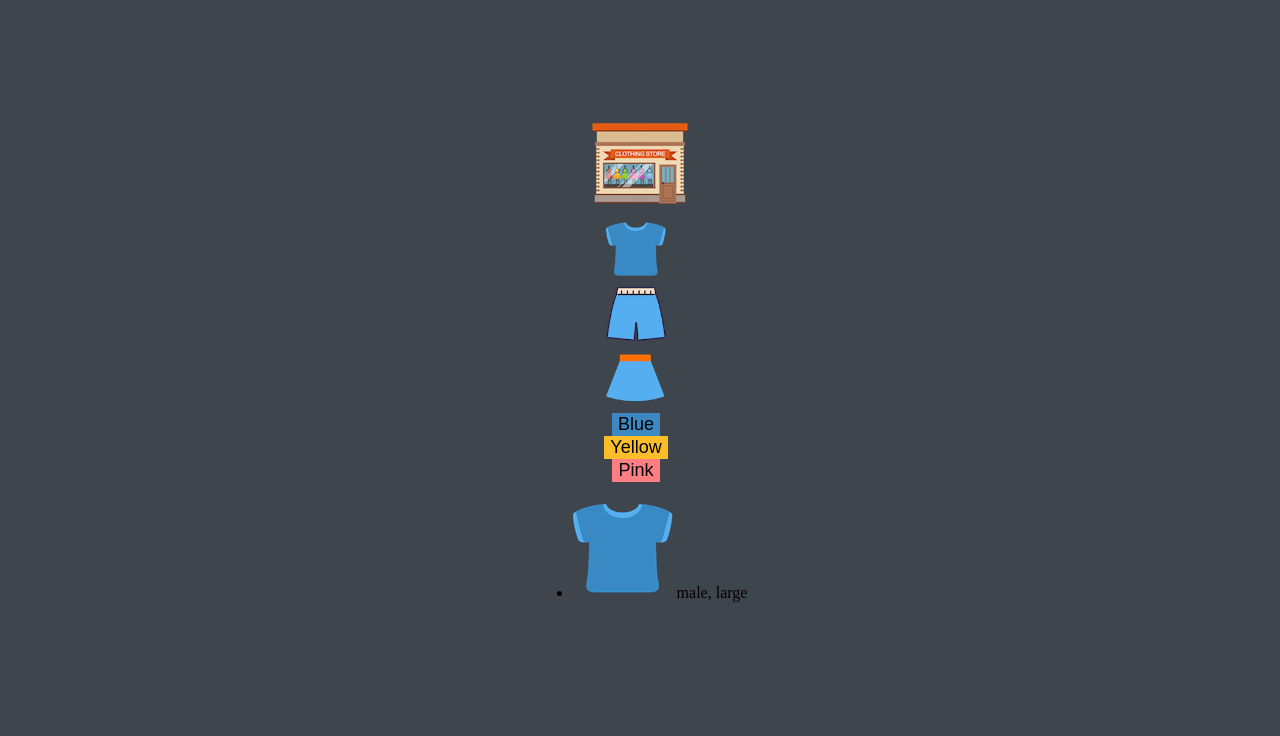
Repository: GoodHoneyCake/Dream_Coding_Academy1
Page: index.html
The author's editor kept a copy of each file at every save. The page is drawn from the files as they stood at one save, then again after the next save.
The browser window is 1280 px wide. The pictures show the whole page.

Above is the page before, as saved 2021-01-06 16:23:16.

### index.html
<!DOCTYPE html>
<html lang="en">
  <head>
    <meta charset="UTF-8" />
    <meta name="viewport" content="width=device-width, initial-scale=1.0" />
    <title>Online Shopping</title>
    <link rel="stylesheet" href="style.css" />
    <script src="src/main.js" defer></script>
  </head>
  <body>
    <!-- Logo -->
    <img src="img/logo.png" alt="Logo" class="logo" />
    <!-- Buttons -->
    <button class="btn">
      <img src="img/blue_t.png" alt="tshirt" class="imgBtn" />
    </button>
    <button class="btn">
      <img src="img/blue_p.png" alt="pants" class="imgBtn" />
    </button>
    <button class="btn">
      <img src="img/blue_s.png" alt="skirt" class="imgBtn" />
    </button>
    <button class="btn colorBtn blue">Blue</button>
    <button class="btn colorBtn yellow">Yellow</button>
    <button class="btn colorBtn pink">Pink</button>
    <!-- Items -->
    <ul class="items">
      <li class="item">
        <img src="img/blue_t.png" alt="tshirt" class="item_thumbnail" />
        <span class="item__description">male, large</span>
      </li>
    </ul>
  </body>
</html>

### style.css
:root {
  /* color */
  --color-black: #3f454d;
  --color-white: #ffffff;
  --color-blue: #3b88c3;
  --color-yellow: #fbbe28;
  --color-pink: #fd7f84;
  --color-light-grey: #dfdfdf;

  /* size */
  --base-space: 8px;
  --size-button: 60px;
  --button-font-size: 18px;

  /* animation */
  --animation-duration: 300ms;
}

* {
  box-sizing: border-box;
}

body {
  height: 100vh;
  background-color: var(--color-black);
  display: flex;
  flex-direction: column;
  justify-content: center;
  align-items: center;
}

.logo {
  cursor: pointer;
  transition: transform var(--animation-duration) ease;
}

.btn {
  background-color: transparent;
  border: none;
  outline: none;
  cursor: pointer;
  transition: transform var(--animation-duration) ease;
  margin-right: var(--base-space);
}

.logo:hover,
.btn:hover {
  transform: scale(1.1);
}

.buttons {
  display: flex;
  align-items: center;
}

.imgBtn {
  width: var(--size-button);
  height: var(--size-button);
}

.colorBtn {
  font-size: var(--button-font-size);
}

.blue {
  background-color: var(--color-blue);
}
.yellow {
  background-color: var(--color-yellow);
}
.pink {
  background-color: var(--color-pink);
}

Loaded but not shown: src/main.js (no stored copy; drawn as an empty file)

After the next save:
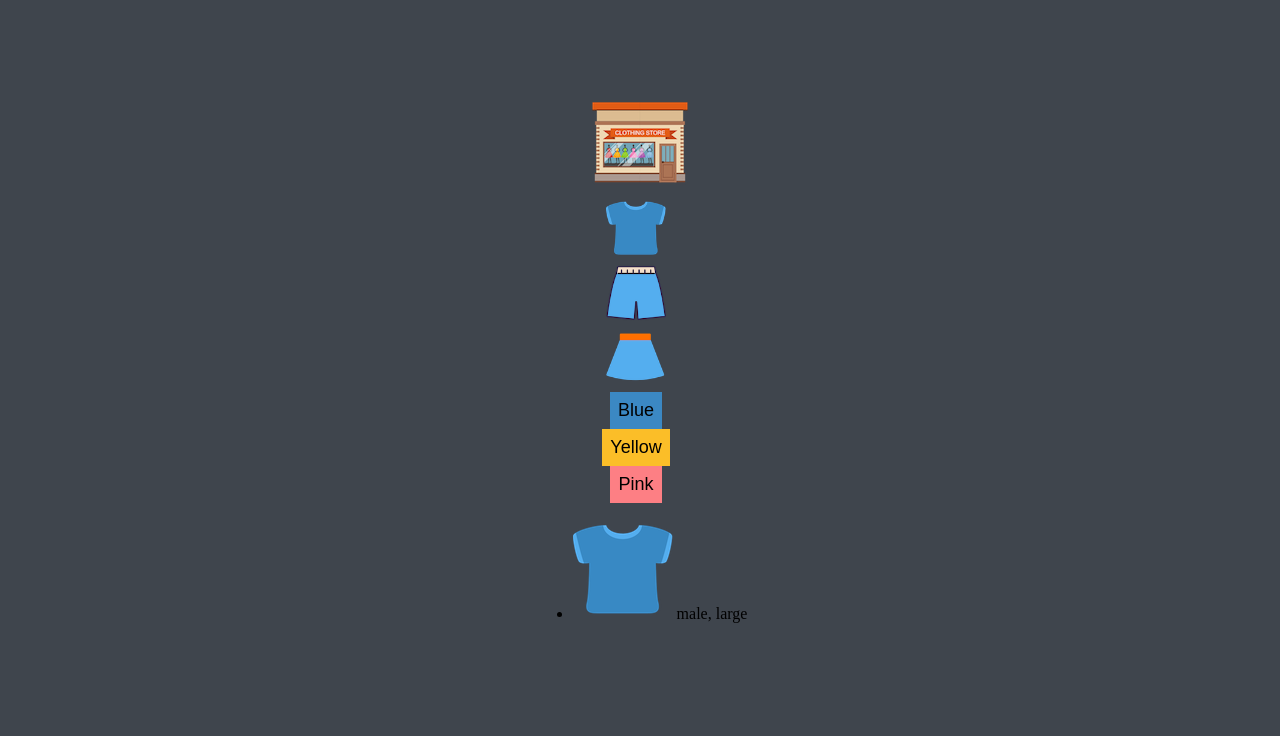
Saved 23 s later.
--- a/style.css
+++ b/style.css
@@ -60,6 +60,7 @@ body {
 
 .colorBtn {
   font-size: var(--button-font-size);
+  padding: var(--base-space);
 }
 
 .blue {
